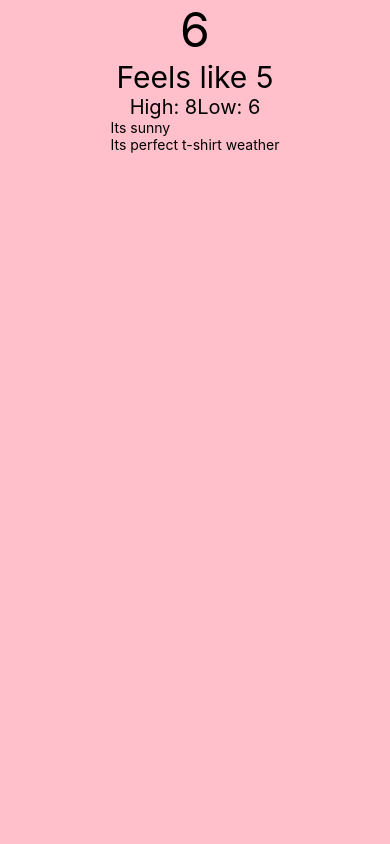
Repository: akinmiday/fcc
Screen: / (app in WeatherApp/)
These files come from the project's save history. The screen is drawn as it stood at one moment and after the next save; the edit follows.
The app was drawn by React Native's web renderer in a window 390 px wide. The project was rebuilt for these pictures with package versions that can differ from the ones it lists, and the page was loaded fresh each time.

Above is the screen before, as saved 2023-07-18 07:17:58.

### WeatherApp/App.js
import React from "react";
import { View, Text, SafeAreaView, StyleSheet } from "react-native";

const App = () =>{
  return(
   <SafeAreaView style={styles.wrapper} >
     <View style={styles.container} >
      <Text style={styles.temp} >6</Text>
      <Text style={styles.feels} >Feels like 5</Text>
      <View style={styles.highLowWrapper} >
        <Text style={styles.highLow} >High: 8</Text>
        <Text style={styles.highLow} >Low: 6</Text>
      </View>
      <View style={styles.bodyWrapper} >
        <Text>Its sunny</Text>
        <Text>Its perfect t-shirt weather</Text>
      </View>

    </View>
   </SafeAreaView>
  )
}

const styles= StyleSheet.create({
  wrapper:{
    flex:1
  },
  container:{
    backgroundColor: 'pink',
    flex:1,
    alignItems: 'center'
  },
  temp:{
    color:'black',
    fontSize:48
  },
  feels:{
    fontSize: 30,
    color:'black'
  },
  highLow:{
    color:'black',
    fontSize: 20
  },
  highLowWrapper:{
    flexDirection: 'row'
  },
  bodyWrapper:{
    justifyContent: 'flex-end',
    alignItems: 'flex-start'
  }
})

export default App

After the next save:
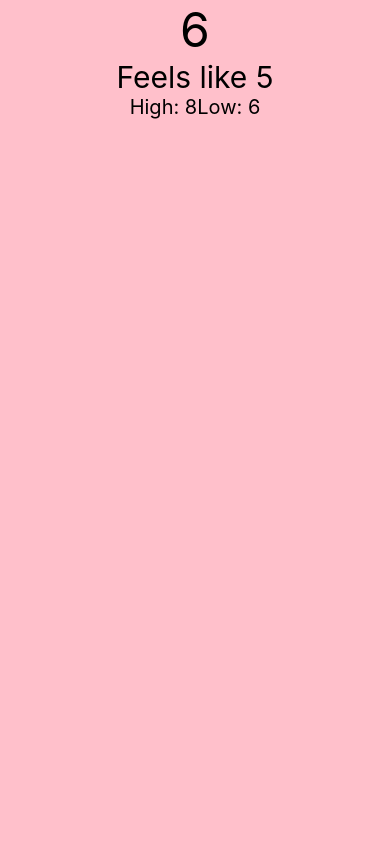
Saved 44 s later.
--- a/WeatherApp/App.js
+++ b/WeatherApp/App.js
@@ -11,12 +11,7 @@ const App = () =>{
         <Text style={styles.highLow} >High: 8</Text>
         <Text style={styles.highLow} >Low: 6</Text>
       </View>
-      <View style={styles.bodyWrapper} >
-        <Text>Its sunny</Text>
-        <Text>Its perfect t-shirt weather</Text>
-      </View>
-
-    </View>
+     </View>
    </SafeAreaView>
   )
 }
